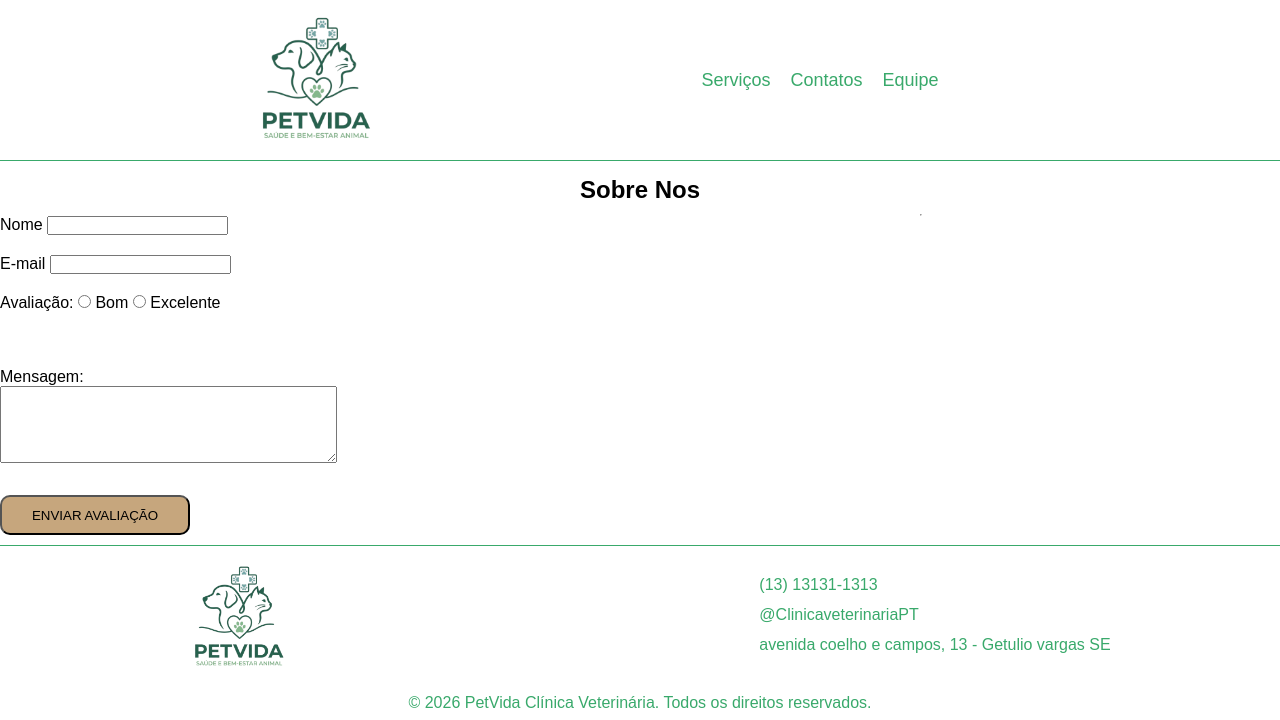
Repository: antonymsantana-design/Veterinario
Page: contatos.html
An editor plug-in stored every save of this project. The page is shown before and after the next save, followed by the edit.
The browser window is 1280 px wide. The pictures show the whole page.

Above is the page before, as saved 2026-10-03 18:45:35.

After the next save:
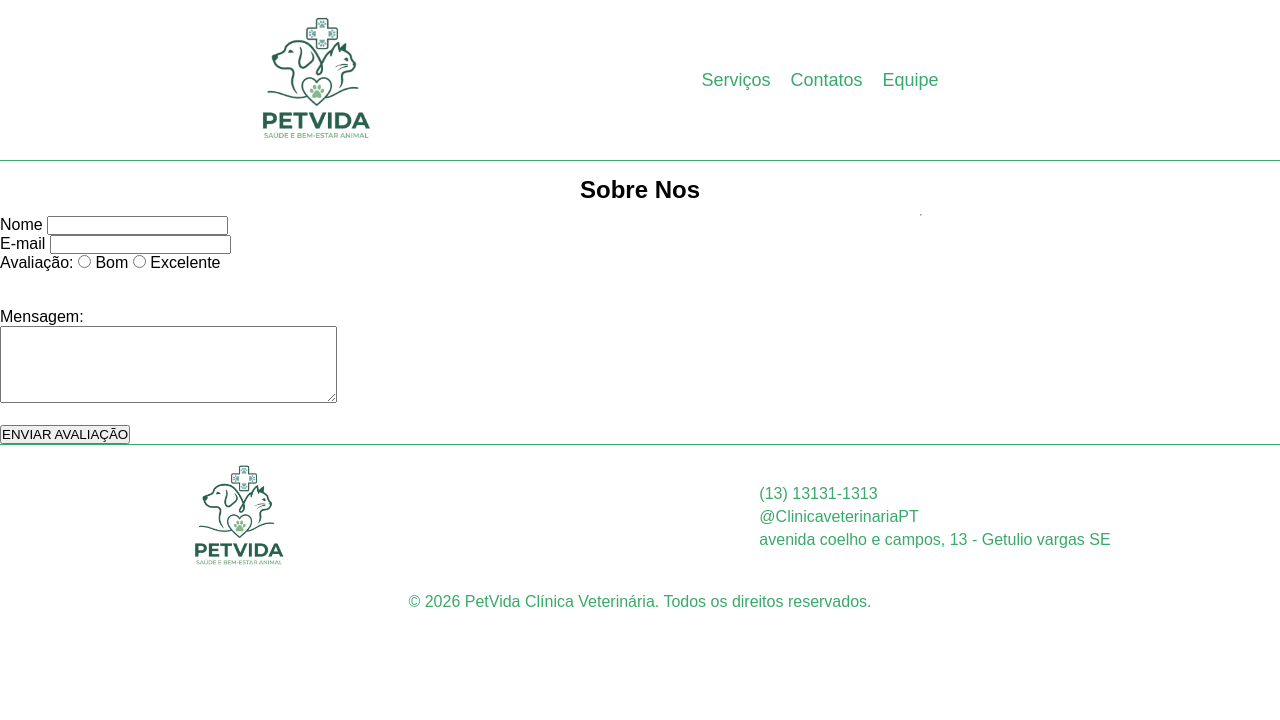
Saved 44 s later.
--- a/style.css
+++ b/style.css
@@ -342,55 +342,6 @@ h1{
     color: #e4c8a4;
 }
 
-.conteudu {
-    text-align: center;
-    height: 700px;
-}
-
-.formu {
-    border-radius: 20px;
-    margin-left: 200px;
-    margin-right: 200px;
-    height: 500px;
-    display: flex;
-    flex-direction: column;
-    justify-content: center;
-    align-items: center;
-}
-
-.nome {
-    padding-bottom: 20px;
-}
-
-.email,
-.avaliacao {
-    padding-bottom: 20px;
-}
-
-.buto {
-    margin-top: 10px;
-    margin-bottom: 10px;
-}
-
-.dir{
-    padding-top: 2px;
-}
-
-.dir h3, p{
-    padding-bottom: 7px;
-}
-
-.esq{
-    padding-top: 13px;
-}
-
-.buto{
-     color: black;
-    background-color: #C6A67D;
-     height: 40px;
-    width: 190px;
-    border-radius: 10px;
-}
 
 /* celular */
 
